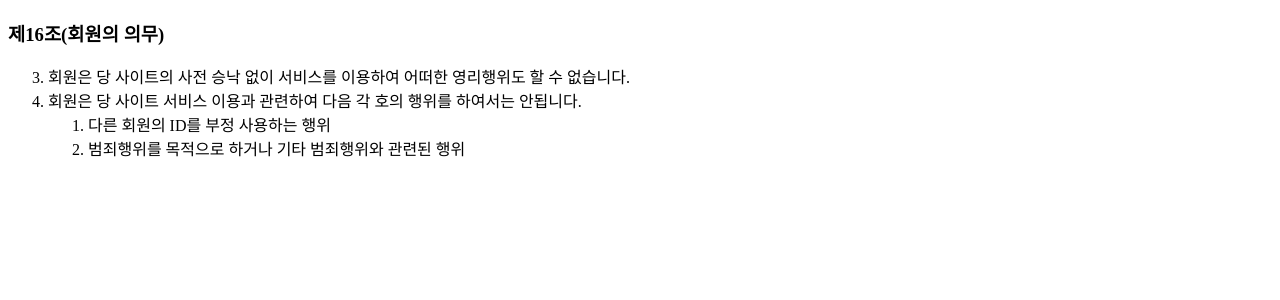
Repository: mingzzang666/study-html
Page: workspace/b_list/src/main/webapp/list-task.html
The author's editor kept a copy of each file at every save. The page is drawn from the files as they stood at one save, then again after the next save.
The browser window is 1280 px wide. The pictures show the whole page.

Above is the page before, as saved 2025-07-10 03:39:27.

### workspace/b_list/src/main/webapp/list-task.html
<!--
   제16조(회원의 의무)
   II. 회원은 당 사이트의 사전 승낙 없이 서비스를 이용하여 어떠한 영리행위도 할 수 없습니다.
   IV. 회원은 당 사이트 서비스 이용과 관련하여 다음 각 호의 행위를 하여서는 안됩니다.
        a. 다른 회원의 ID를 부정 사용하는 행위
        b. 범죄행위를 목적으로 하거나 기타 범죄행위와 관련된 행위
 -->
<!DOCTYPE html>
<html>
<head>
<meta charset="UTF-8">
<title>리스트 태그 - 실습</title>
</head>
<body>
		<h3>제16조(회원의 의무)</h3>
		<ol>
			<li value="3">회원은 당 사이트의 사전 승낙 없이 서비스를 이용하여 어떠한 영리행위도 할 수 없습니다.</li>
			<li value="4">회원은 당 사이트 서비스 이용과 관련하여 다음 각 호의 행위를 하여서는 안됩니다.</li>
				<ol>
					<li>다른 회원의 ID를 부정 사용하는 행위</li>
					<li>범죄행위를 목적으로 하거나 기타 범죄행위와 관련된 행위</li>
					</ol>
		</ol>
</body>
</html>

After the next save:
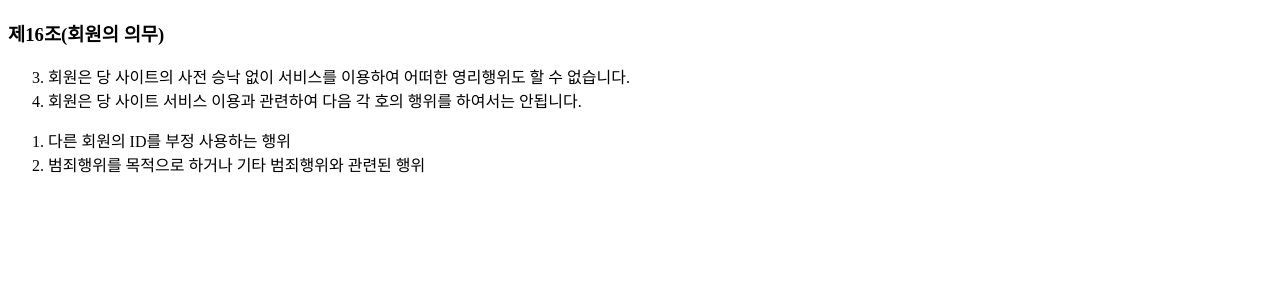
Saved 51 s later.
--- a/workspace/b_list/src/main/webapp/list-task.html
+++ b/workspace/b_list/src/main/webapp/list-task.html
@@ -16,6 +16,7 @@
 		<ol>
 			<li value="3">회원은 당 사이트의 사전 승낙 없이 서비스를 이용하여 어떠한 영리행위도 할 수 없습니다.</li>
 			<li value="4">회원은 당 사이트 서비스 이용과 관련하여 다음 각 호의 행위를 하여서는 안됩니다.</li>
+				</ol>
 				<ol>
 					<li>다른 회원의 ID를 부정 사용하는 행위</li>
 					<li>범죄행위를 목적으로 하거나 기타 범죄행위와 관련된 행위</li>
